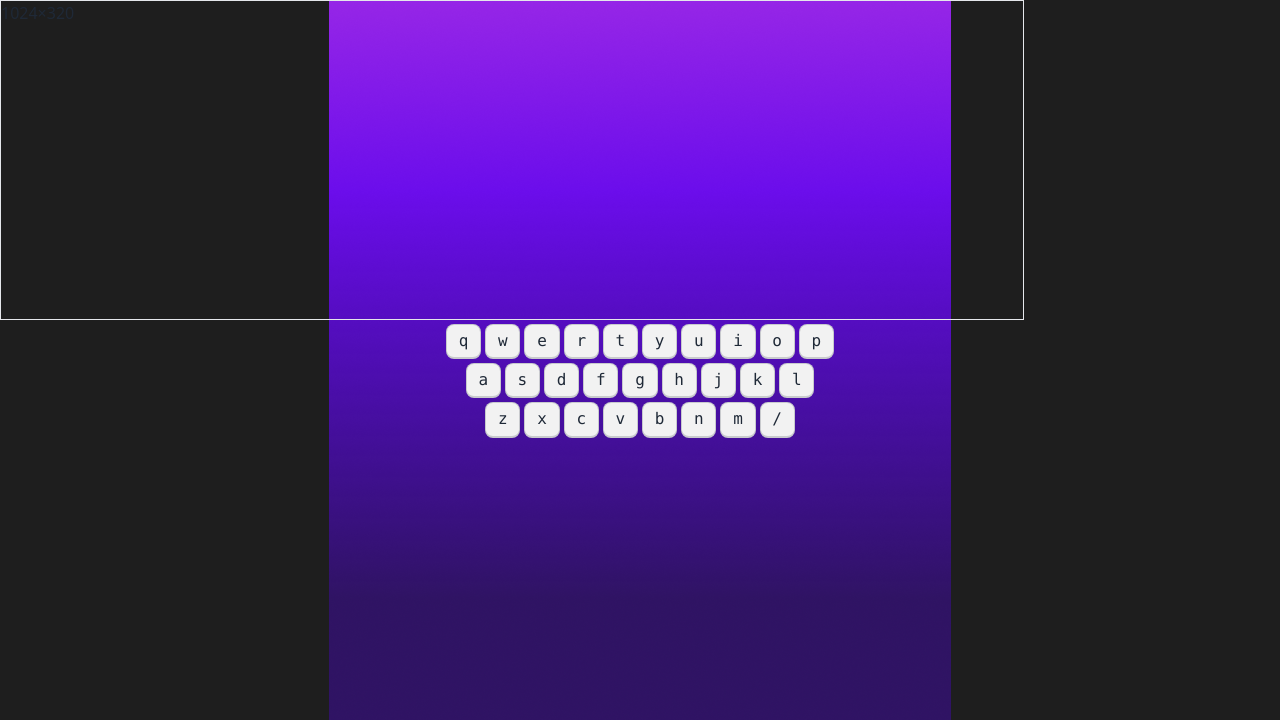
Repository: RudrasahaDibos/Alphabet-clash-
Page: index.html
The author's editor kept a copy of each file at every save. The page is drawn from the files as they stood at one save, then again after the next save.
The browser window is 1280 px wide. The pictures show the whole page.
Some web fonts or font styles are not loaded; a fallback is used. Some web libraries are served in a nearby version.

Above is the page before, as saved 2024-11-04 11:54:27.

### index.html
<!DOCTYPE html>
<html lang="en">
    <head>
        <meta charset="UTF-8">
        <meta name="viewport" content="width=device-width, initial-scale=1.0">
        <title>Alphabet Clash</title>
        <!-- daisy apa -->
        <link
            href="https://cdn.jsdelivr.net/npm/daisyui@4.12.14/dist/full.min.css"
            rel="stylesheet" type="text/css" />
        <script src="https://cdn.tailwindcss.com"></script>

        <!-- custom css  -->
        <link rel="stylesheet" href="style.css">

    </head>
    <body>
        <main
            class="bg-[#1E1E1E] min-h-screen bg-[url(images/background.png)] bg-no-repeat bg-center ">
            <!-- home screen  start here -->
            <section class="min-h-screen flex justify-center items-center hidden">
                <div class="flex flex-col justify-center items-center gap-10 ">
                    <h1
                        class="text-white text-8xl font-extrabold anton-sc-regular uppercase ">ALPHABET
                        CLASH</h1>
                    <p class="text-white ">Unleash Your Keyboard Kung Fu : Press
                        “Enter” to Play</p>
                    <button class="btn bg-white text-black">Play Now </button>
                </div>
            </section>
            <!-- home screen end here -->
            <!-- midlle screen start here -->
            <section>
                    <!-- display screen start here -->
                    <div class="artboard artboard-horizontal phone-6 border">
                        1024×320
                    </div>
                     <!-- dispaly screen end here -->

                     <!-- keyboard start here  -->
                               <div>
                                <div class="my-1 flex w-full justify-center gap-1">
                                    <kbd class="kbd">q</kbd>
                                    <kbd class="kbd">w</kbd>
                                    <kbd class="kbd">e</kbd>
                                    <kbd class="kbd">r</kbd>
                                    <kbd class="kbd">t</kbd>
                                    <kbd class="kbd">y</kbd>
                                    <kbd class="kbd">u</kbd>
                                    <kbd class="kbd">i</kbd>
                                    <kbd class="kbd">o</kbd>
                                    <kbd class="kbd">p</kbd>
                                  </div>
                                  <div class="my-1 flex w-full justify-center gap-1">
                                    <kbd class="kbd">a</kbd>
                                    <kbd class="kbd">s</kbd>
                                    <kbd class="kbd">d</kbd>
                                    <kbd class="kbd">f</kbd>
                                    <kbd class="kbd">g</kbd>
                                    <kbd class="kbd">h</kbd>
                                    <kbd class="kbd">j</kbd>
                                    <kbd class="kbd">k</kbd>
                                    <kbd class="kbd">l</kbd>
                                  </div>
                                  <div class="my-1 flex w-full justify-center gap-1">
                                    <kbd class="kbd">z</kbd>
                                    <kbd class="kbd">x</kbd>
                                    <kbd class="kbd">c</kbd>
                                    <kbd class="kbd">v</kbd>
                                    <kbd class="kbd">b</kbd>
                                    <kbd class="kbd">n</kbd>
                                    <kbd class="kbd">m</kbd>
                                    <kbd class="kbd">/</kbd>
                                  </div>
                               </div>
                      <!-- keyboard end here -->

                      <!-- life and scrore button here -->

                      <!-- life and scrore button end here -->
            </section>
            <!-- midlle screen end here -->
             <!-- last screen start here -->
            <section>

            </section>
            <!-- last screen end here -->
        </main>
    </body>
</html>

### style.css


@import url('https://fonts.googleapis.com/css2?family=Anton+SC&family=Manrope:wght@200..800&display=swap');


.font-manrope {
    font-family: "Manrope", serif;
  }

  .anton-sc-regular {
    font-family: "Anton SC", sans-serif;
  }

After the next save:
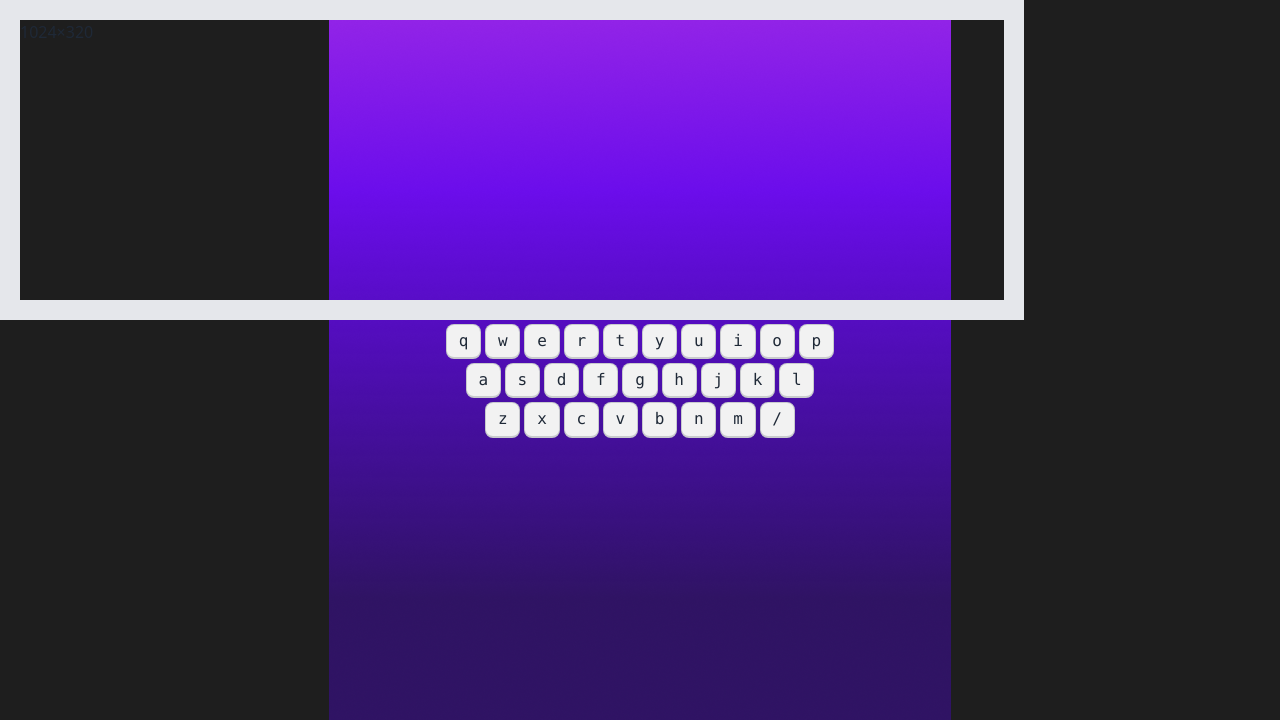
Saved 4 s later.
--- a/index.html
+++ b/index.html
@@ -32,7 +32,7 @@
             <!-- midlle screen start here -->
             <section>
                     <!-- display screen start here -->
-                    <div class="artboard artboard-horizontal phone-6 border">
+                    <div class="artboard artboard-horizontal phone-6 border-[20px]">
                         1024×320
                     </div>
                      <!-- dispaly screen end here -->
